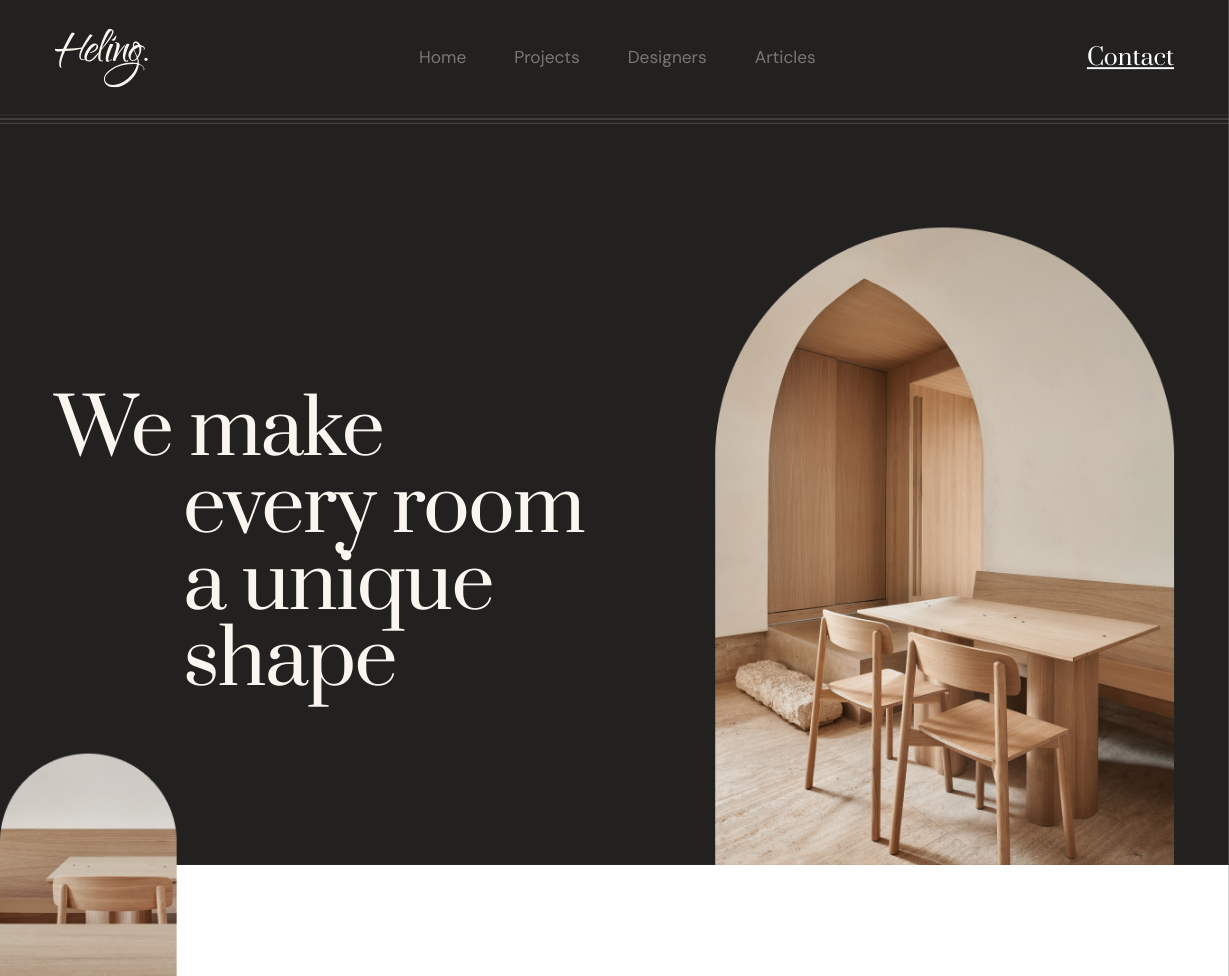
Repository: vandangnhathung/healingui_website
Page: /
An editor plug-in stored every save of this project. The page is shown before and after the next save, followed by the edit.
The browser window is 1280 px wide. The pictures show the whole page, at 96% of full size.
The project was rebuilt for these pictures with package versions that can differ from the ones it lists, and the page was loaded fresh each time.

Above is the page before, as saved 2022-03-16 13:36:40.

After the next save:
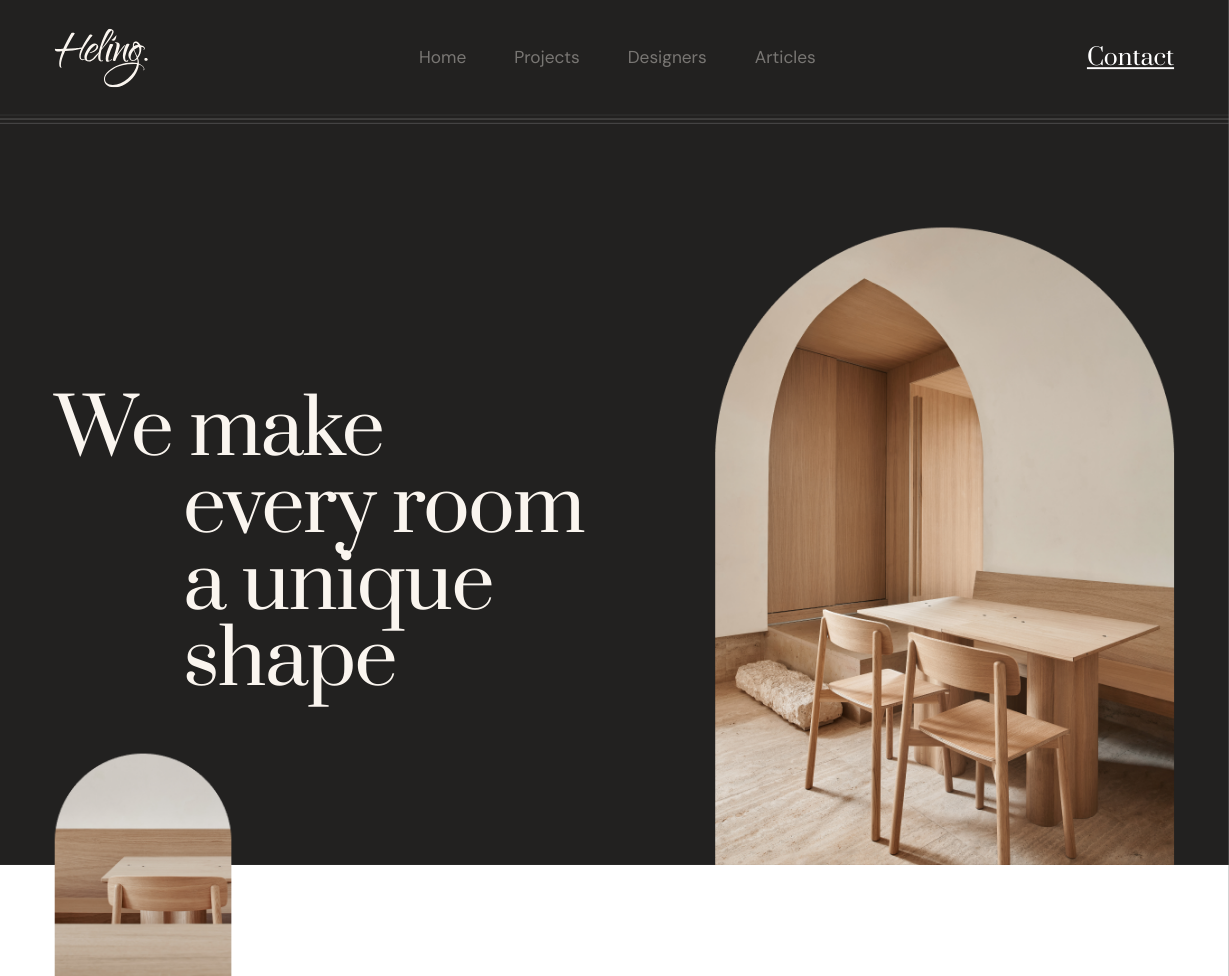
Saved 50 s later.
--- a/src/components/Container/Container.js
+++ b/src/components/Container/Container.js
@@ -36,6 +36,7 @@ const Container = () => {
     position: absolute;
     bottom: 0;
     transform: translateY(50%);
+    left: 57px;
   `;
   return (
     <StyledContainer>
